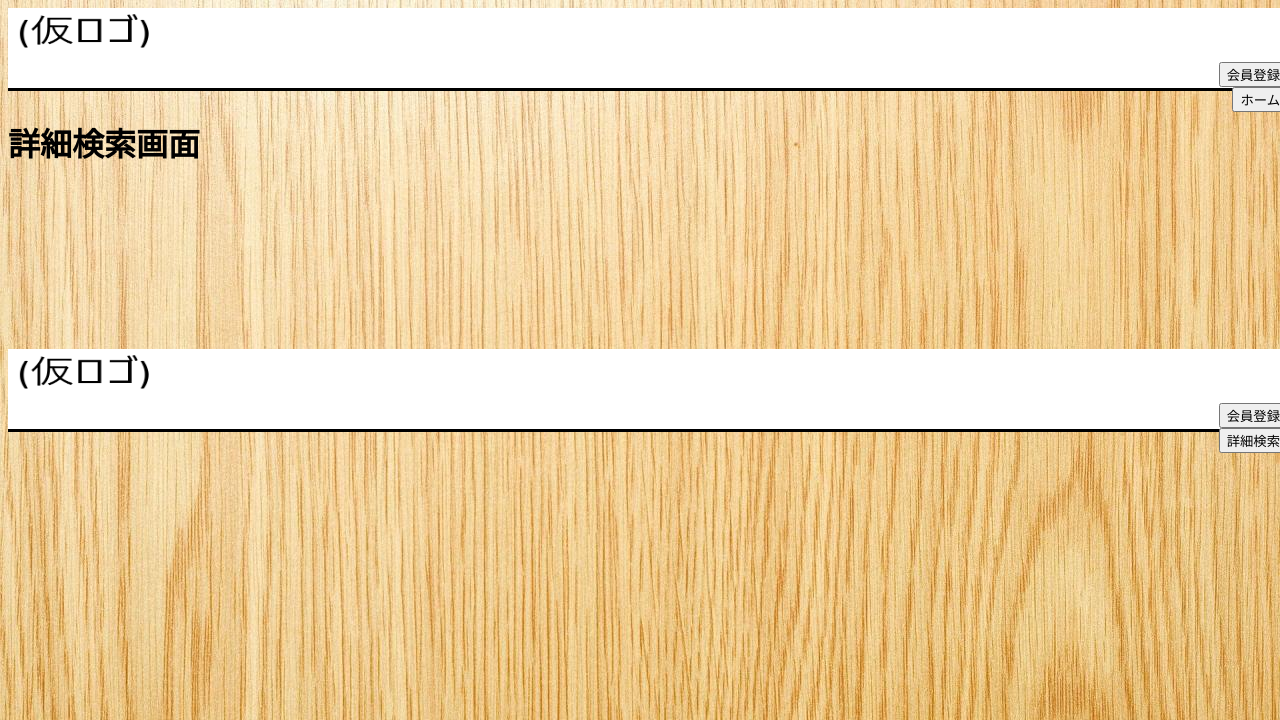
Repository: k0816/backup-master
Page: http://localhost/cycle/PartySearchAction
The author's editor kept a copy of each file at every save. The page is drawn from the files as they stood at one save, then again after the next save.
The browser window is 1280 px wide. The pictures show the whole page.
The page is served by Tomcat 9. Other server files are loaded and not shown. Queries for data that is not in the repository find no rows.

Above is the page before, as saved 2018-01-09 02:21:10.

### cycle/WebContent/partySearch.jsp
<%@ page language="java" contentType="text/html; charset=UTF-8"
	pageEncoding="UTF-8"%>
<%@ taglib prefix="s" uri="/struts-tags"%>
<!DOCTYPE html>
<html>
<head>
<meta charset="utf-8">
<meta http-equiv="Content-Type" content="text/html; charset=utf-8" />
<meta http-equiv="Content-Style-Type" content="text/css" />
<meta http-equiv="Content-Script-Type" content="text/javascript" />
<meta http-equiv="imagetoolbar" content="no" />
<meta name="description" content="" />
<meta name="keywords" content="" />
<title>Home画面</title>
<style type="text/css">
#header {
	width: 100%;
	height: 80px;
	background-color: white;
	border-bottom: 3px solid black;
}

#pr {
    text-align : right;
}

body {
	background: url(image\wood.jpg);
}
</style>


</head>

<body>

	<div id="header">
		<img src="image\logotest.jpg" width="150" height="50">
		<div id="pr">
			<form action="UserCreateAction">
				<s:submit value="会員登録" />
			</form>
			<form action="GoHomeAction">
			    <s:submit value="ホーム" />
			</form>
		</div>
	</div>
	<br>
	<br>
	<br>
	<br>
	<br>

	<h1>詳細検索画面</h1>
	<br>
	<br>
	<br>
	<br>
	<br>
	<br>
	<br>
	<br>
	<br>
<jsp:include page="/includeHeader.jsp" flush="true" />

</body>
</html>

### cycle/WebContent/includeHeader.jsp
<%@ page language="java" contentType="text/html; charset=UTF-8"
    pageEncoding="UTF-8"%>
<%@ taglib prefix="s" uri="/struts-tags"%>
<!DOCTYPE html PUBLIC "-//W3C//DTD HTML 4.01 Transitional//EN" "http://www.w3.org/TR/html4/loose.dtd">
<html>
<head>
<meta http-equiv="Content-Type" content="text/html; charset=UTF-8">
<title>ヘッダー記述</title>

<style type="text/css">

#header {
	width: 100%;
	height: 80px;
	background-color: white;
	border-bottom: 3px solid black;
	position: fixed;
}

#pr {
    text-align : right;
}

body {
	background: url("./image/wood.jpg");
}
</style>




</head>
<body>

<div id="header">
		<img src="image\logotest.jpg" width="150" height="50">
		<div id="pr">
			<form action="UserCreateAction">
				<input type="button" value="会員登録" />
			</form>
			<form action="PartySearchAction">
				<input type="button" value="詳細検索" />
			</form>

		</div>
	</div>
HelloWorld






</body>
</html>

### cycle/src/cycle/dto/PartySearchDTO.java
package cycle.dto;

import java.util.Date;


public class PartySearchDTO {


	public String partyId;

	public String partyName;

	public Date partyDate;

	public Date date2;

	public String partyWeek;

	public String partyPrice;

	public String partyCapacity;

	public String partyPlace;

	public String ageMinimum;

	public String ageMaximum;

	public String partyDetail;

	public Date insertDate;

	public Date updateDate;

	public String capa2;

	public String price2;



	public Date getInsertDate() {
		return insertDate;
	}

	public void setInsertDate(Date insertDate) {
		this.insertDate = insertDate;
	}

	public Date getUpdateDate() {
		return updateDate;
	}

	public void setUpdateDate(Date updateDate) {
		this.updateDate = updateDate;
	}

	public String getPartyId() {
	    return partyId;
	}

	public void setPartyId(String partyId) {
	    this.partyId = partyId;
	}

	public String getPartyName() {
	    return partyName;
	}

	public void setPartyName(String partyName) {
	    this.partyName = partyName;
	}

	public Date getPartyDate() {
	    return partyDate;
	}

	public void setPartyDate(Date partyDate) {
	    this.partyDate = partyDate;
	}

	public Date getDate2() {
		return date2;
	}

	public void setDate2(Date date2) {
		this.date2 = date2;
	}

	public String getPartyWeek() {
		return partyWeek;
	}

	public void setPartyWeek(String partyWeek) {
		this.partyWeek = partyWeek;
	}

	public String getPartyPrice() {
	    return partyPrice;
	}

	public void setPartyPrice(String partyPrice) {
	    this.partyPrice = partyPrice;
	}

	public String getPartyCapacity() {
	    return partyCapacity;
	}

	public void setPartyCapacity(String partyCapacity) {
	    this.partyCapacity = partyCapacity;
	}

	public String getPartyPlace() {
	    return partyPlace;
	}

	public void setPartyPlace(String partyPlace) {
	    this.partyPlace = partyPlace;
	}

	public String getAgeMinimum() {
	    return ageMinimum;
	}

	public void setAgeMinimum(String ageMinimum) {
	    this.ageMinimum = ageMinimum;
	}

	public String getAgeMaximum() {
	    return ageMaximum;
	}

	public void setAgeMaximum(String ageMaximu) {
	    this.ageMaximum = ageMaximu;
	}

	public String getPartyDetail() {
	    return partyDetail;
	}

	public void setPartyDetail(String partyDetail) {
	    this.partyDetail = partyDetail;
	}



	public String getCapa2() {
		return capa2;
	}

	public void setCapa2(String capa2) {
		this.capa2 = capa2;
	}

	public String getPrice2() {
		return price2;
	}

	public void setPrice2(String price2) {
		this.price2 = price2;
	}

}

### cycle/src/cycle/dao/PartySearchDAO.java
package cycle.dao;

import java.sql.Connection;
import java.sql.PreparedStatement;
import java.sql.ResultSet;
import java.sql.SQLException;
import java.util.ArrayList;

import cycle.dto.PartySearchDTO;
import cycle.util.DBConnector;

public class PartySearchDAO {
	public ArrayList<PartySearchDTO> partySearchDTOList = new ArrayList<PartySearchDTO>();


	public ArrayList<PartySearchDTO> selectAll() {
		DBConnector db = new DBConnector();
		Connection con = db.getConnection();

		String sql = "SELECT * from party_info";

	    try{
	    	PreparedStatement ps = con.prepareStatement(sql);
			ResultSet rs = ps.executeQuery();

			while(rs.next()) {
				PartySearchDTO partySearchDTO = new PartySearchDTO();
				partySearchDTO.setPartyId(rs.getString("party_id"));
				partySearchDTO.setPartyName(rs.getString("party_name"));
				partySearchDTO.setPartyDate(rs.getDate("party_date"));
				partySearchDTO.setPartyPrice(rs.getString("party_price"));
				partySearchDTO.setPartyCapacity(rs.getString("party_capacity"));
				partySearchDTO.setPartyPlace(rs.getString("party_place"));
				partySearchDTO.setAgeMinimum(rs.getString("age_minimum"));
				partySearchDTO.setAgeMaximum(rs.getString("age_maximum"));
				partySearchDTO.setPartyDetail(rs.getString("party_detail"));
				partySearchDTO.setInsertDate(rs.getDate("insert_date"));
				partySearchDTO.setUpdateDate(rs.getDate("update_date"));
				partySearchDTOList.add(partySearchDTO);

	    }

		} catch(SQLException e) {
			e.printStackTrace();

		}

		try {
			con.close();

		} catch(SQLException e) {
			e.printStackTrace();

		}

		return partySearchDTOList;
	}

}

### cycle/src/cycle/util/DBConnector.java
package cycle.util;

import java.sql.Connection;
import java.sql.DriverManager;
import java.sql.SQLException;

public class DBConnector {

	private static String driverName = "com.mysql.jdbc.Driver";
	private static String url = "jdbc:mysql://localhost/cycle";
	private static String user = "root";
	private static String password = "mysql";
public Connection getConnection() {
	Connection con = null;
	try {
		Class.forName(driverName);
		con = (Connection) DriverManager.getConnection(url,user,password);
	} catch(ClassNotFoundException e) {
		e.printStackTrace();
	} catch(SQLException e) {
		e.printStackTrace();
	}
	return con;
	}
}

After the next save:
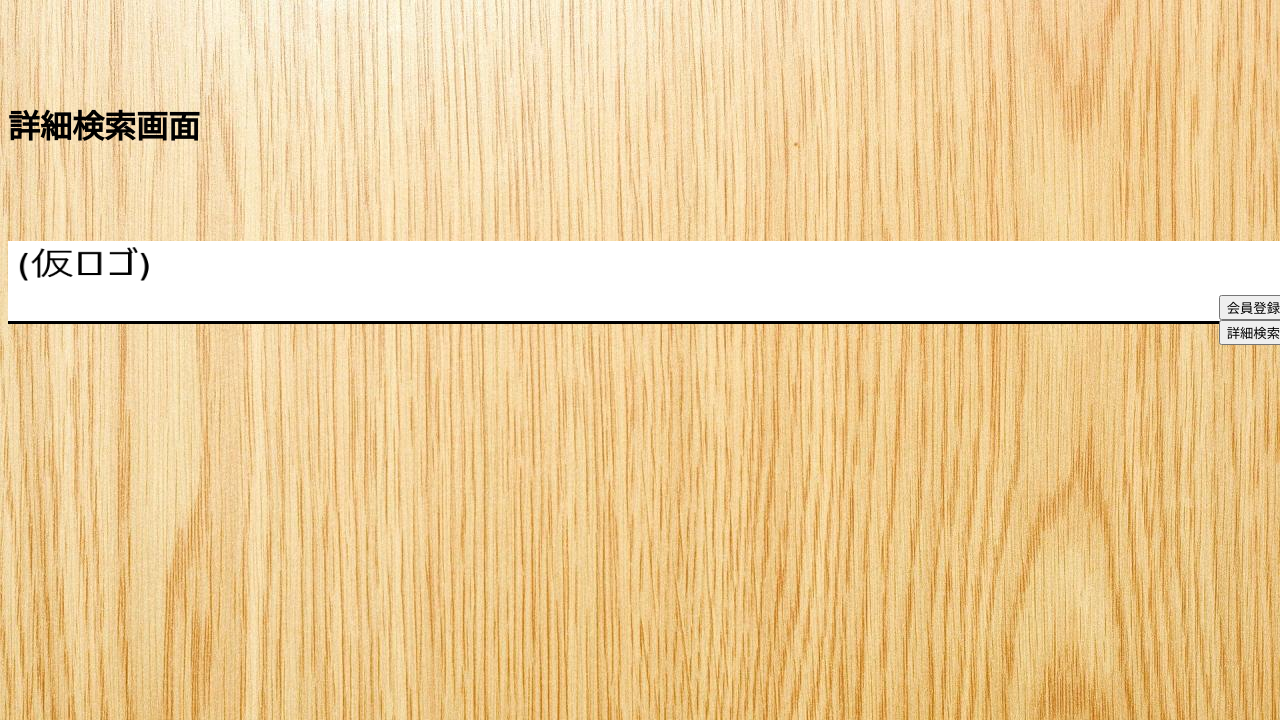
Saved 36 s later.
--- a/cycle/WebContent/partySearch.jsp
+++ b/cycle/WebContent/partySearch.jsp
@@ -13,20 +13,7 @@
 <meta name="keywords" content="" />
 <title>Home画面</title>
 <style type="text/css">
-#header {
-	width: 100%;
-	height: 80px;
-	background-color: white;
-	border-bottom: 3px solid black;
-}
 
-#pr {
-    text-align : right;
-}
-
-body {
-	background: url(image\wood.jpg);
-}
 </style>
 
 
@@ -34,18 +21,6 @@ body {
 
 <body>
 
-	<div id="header">
-		<img src="image\logotest.jpg" width="150" height="50">
-		<div id="pr">
-			<form action="UserCreateAction">
-				<s:submit value="会員登録" />
-			</form>
-			<form action="GoHomeAction">
-			    <s:submit value="ホーム" />
-			</form>
-		</div>
-	</div>
-	<br>
 	<br>
 	<br>
 	<br>
@@ -56,11 +31,6 @@ body {
 	<br>
 	<br>
 	<br>
-	<br>
-	<br>
-	<br>
-	<br>
-	<br>
 <jsp:include page="/includeHeader.jsp" flush="true" />
 
 </body>
